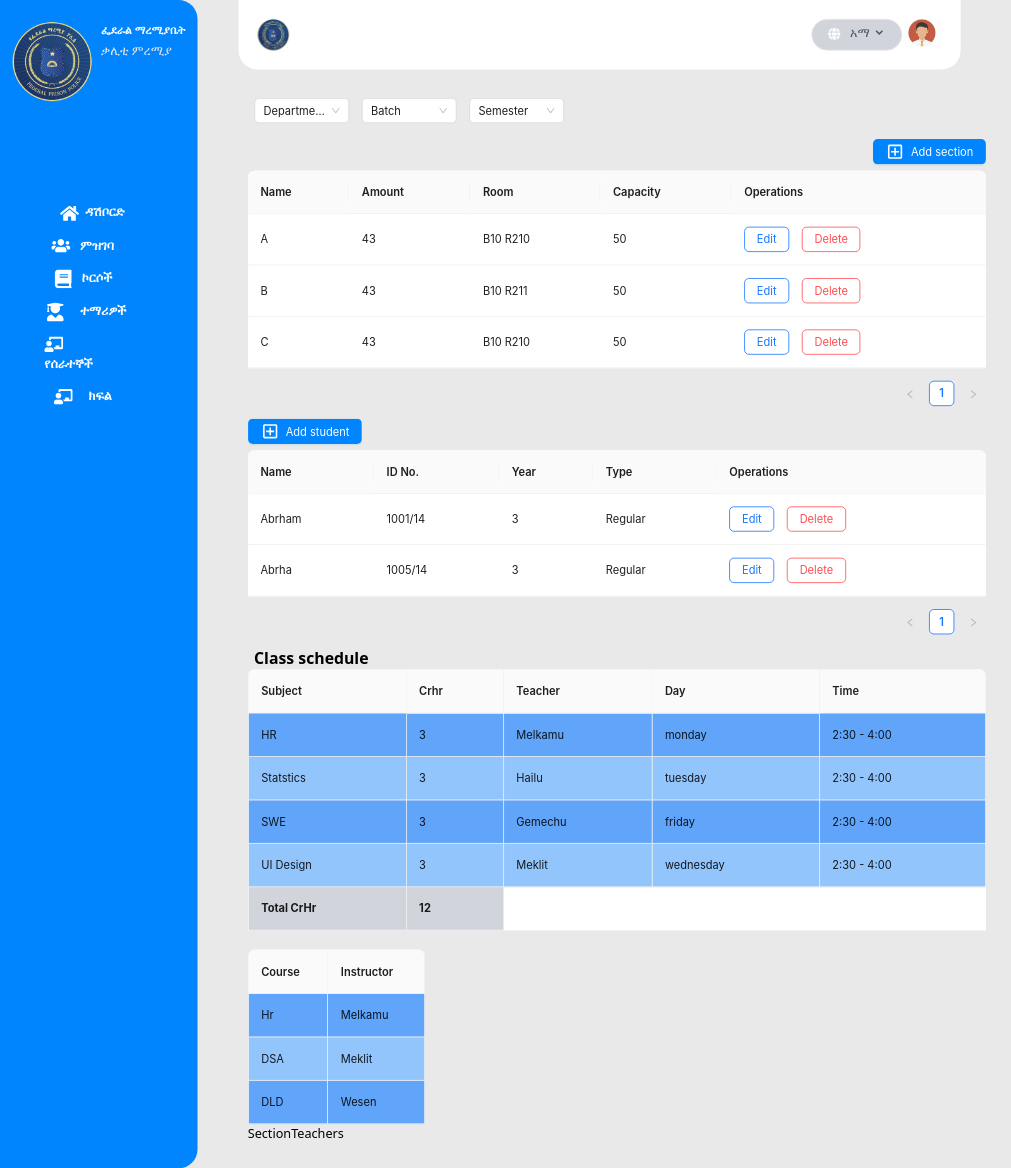
Repository: Yigoya/federal-prison-education-ms-frontend
Page: /classroom, after clicking the first element matching `td.ant-table-cell > a`
An editor plug-in stored every save of this project. The page is shown before and after a run of saves, followed by the edit.
The browser window is 1280 px wide. The pictures show the whole page, at 79% of full size.
The project was rebuilt for these pictures with package versions that can differ from the ones it lists, and the page was loaded fresh each time. Also part of the build but not shown: vite.config.js, src/App.css, src/pages/DashBoard.jsx, src/pages/Courses.jsx, src/layout/AuthLayout.jsx, src/pages/Login.jsx, src/pages/Teachers.jsx, src/pages/StudentRegistration.jsx and 3 more. Imported but missing from the stored project, and not drawn on this page: src/pages/Students.

Above is the page before, as saved 2024-07-05 09:53:38.

### src/App.jsx
// import { useState } from "react";
import "./App.css";
import { Routes, Route } from "react-router-dom";
import DashBoard from "./pages/DashBoard";
// import Register from "./pages/Register";
import Students from "./pages/Students";
import Courses from "./pages/Courses";
import RootLayout from "./layout/RootLayout";
import AuthLayout from "./layout/AuthLayout";
import Login from "./pages/Login";
import Teachers from "./pages/Teachers";
// import { useTranslation } from "react-i18next";
import { StudentRegistration } from "./pages/StudentRegistration";
import Classroom from "./pages/Classroom";
function App() {
  // const [count, setCount] = useState(0);
  // const { t } = useTranslation();
  return (
    <>
      <Routes>
        <Route element={<AuthLayout />}>
          <Route path="/login" element={<Login />} />
        </Route>
        <Route element={<RootLayout />}>
          <Route path="/" element={<DashBoard />} />
          <Route path="/register" element={<StudentRegistration />} />
          <Route path="/students" element={<Students />} />
          <Route path="/courses" element={<Courses />} />
          <Route path="/allcourse" element={<Courses />} />
          <Route path="/addcourse" element={<Courses />} />
          <Route path="/managecourse" element={<Courses />} />
          <Route path="/classroom" element={<Classroom />} />
          <Route path="/grading" element={<Courses />} />
          <Route path="/staffprofile" element={<Courses />} />
          <Route path="/examscheduling" element={<Teachers />} />
        </Route>
      </Routes>
    </>
  );
}

export default App;

### src/i18n.js
import i18n from 'i18next';
import { initReactI18next } from 'react-i18next';

i18n
  .use(initReactI18next) // Initialize React integration
  .init({
    resources: {
      en: { translation: {
        "login": "login!",
        "id": "Enter Id number",
        "password": "Enter your password",
        "fpassword": "forgot your password",
        "FDRE": "FEDERAL PRSISON POLICE",
        "courses":"courses",
        "kality": "Kality Prison",
        "dashboard": "Dashboardes",
        "students": "Students",
        "teacher": "Teacher",
        "staff": "Staff Member",
        "admin": "Admin",
        "registerStudent": "Register Student",
        "registerStudents": "Register Student",
        "registerStaff": "Register Staff",
        "viewStudent": "View Student",
        "viewStaff": "View Staff",
        "registerStu": "Click here to register a student",
        "registerSta": "Click here to register a staff members",
        "viewStu": "Click here to see students",
        "studentregistration": "Student Registration",
        "fullname": "Full Name",
        "enter": "click to enter value",
        "zone": "Zone",
        "age": "Age",
        "period": "Period",
        "crime": "Crime",
        "year": "mm/yyyy",
        "chosenGrade": "Chosen Grade",
        "status": "Status",
        "new": "New",
        "old": "Old",
        "language": "Language",
        "amharic": "Amharic",
        "oromifa": "Oromifa",
        "ethnicity":"Ethnicity",
        "ethiopian": "Ethiopian",
        "kenya":"Kenyan",
        "arab":"Arab",
        "bengali":"Bengali",
        "burmese":"Burmese",
        "chinese":"Chinese",
        "fulani":"Fulani",
        "hausa":"Hausa",
        "japanese":"Japanese",
        "korean":"Korean",
        "maasai":"Maasai",
        "amherican":"Amherican",
        "pashtun":"Pashtun",
        "punjabi":"Punjabi",
        "sindhi":"Sindhi",
        "register":"Register",
        "profile":"Profile",
        "pyear":"Year",
        "personalInfo":"Personal Information",
        "basicDetail":"Basic Detail",
        "department":"Department",
        "section":"Section",
        "email":"Email",
        "phoneNo":"Phone Number",
        "Fname": "First name",
        "Lname": "Last name",
        "ID": "Id Number",
        "entereth" :"Select Ethnicity"
      }

    },
      am: { translation:
        {
          "login": "ግባ",
          "admin": "አድሚን",
          "courses":"ኮርሶች",
          "classroom": "ክፍል",
          "id": "መለያ ቁጥር ያስገቡ",
          "password": "ሚስጥር ቁጥር ያስገቡ",
          "fpassword": "ሚስጥር ቁጥርኦትን ",
          "registerStudents": "ይመዝግቡ",
          "FDRE": "ፌደራል ማረሚያቤት",
          "kality": "ቃሊቲ ምረሚያ",
            "dashboard": "ዳሽቦርድ",
            "students": "ተማሪዎች",
            "teacher": "መምህር",
            "staff": "የሰራተኞች",
            "registerStudent": "ተማሪ ይመዝገቡ",
            "registerStaff": "ሠራተኞች ይመዝገቡ",
            "viewStudent": "ተማሪን ይመልከቱ",
            "viewStaff": "ሰራተኞችን ልማየት እዚህ ይጫኑ",
            "registerStu": "ተማሪ ለመመዝገብ እዚህ ይጫኑ",
            "registerSta": "ሰራተኞችን ለመመዝገብ እዚህ ይጫኑ",
            "viewStu": "ተማሪ ልማየት እዚህ ይጫኑ",
            "studentregistration": "የተማሪ ምዝገባ",
            "fullname": "ሙሉ ስም",
            "enter": "ለማስገባት ይጫኑ",
            "zone": "ዞን",
            "age": "ዕድሜ",
            "period": "እስራት ጊዜ",
            "crime": "ወንጀል",
            "year": "ወወ/ዓዓዓዓ",
            "start": "Start",
            "end": "End",
            "parole":"Parol",
            "chosenGrade": "የመረጡት የትምህርት ደረጃ",
            "status": "ሁኔታ",
            "new": "አዲስ",
            "old": "ነባር",
            "language": "ቋንቋ",
            "amharic": "አማርኛ",
            "oromifa": "OROMIFA",
            "ethnicity": "ዜግነት",
            "ethiopian": "ኢትዮጵያዊ",
            "kenya":"ኬንያዊ",
            "arab":"አረብ",
            "bengali":"ቤንጋሊ",
            "burmese":"በርሚስ",
            "chinese":"ቻይናዊ",
            "fulani":"ፉላኒ",
            "hausa":"ሃውሳ",
            "japanese":"ጃፓናዊ",
            "korean":"ኮሪያዊ",
            "maasai":"ማሳይ",
            "amherican":"አሜሪካዊ",
            "pashtun":"ፓሽቱን",
            "punjabi":"ፑንጃቢ",
            "sindhi":"ስንድሂ",
            "register":"ምዝገባ",
            "profile":"መገለጫ",
            "pyear":"አመት",
            "personalInfo":"የግል መረጃ",
            "basicDetail":"መሰረታዊ መረጃ",
            "department":"ዲፓርትመንት",
            "section":"ክፍል",
            "email":"ኢሜል",
            "phoneNo":"ስልክ ቁጥር",
            "Fname": "ስም",
            "Lname": "አባት ስም",
            "ID": "መለያ ቁጥር",
            "entereth" :"ዜግነት ይምረጡ"
        }
    },
    },
    lng: 'am', // Set default language
  });

export default i18n;

### src/layout/RootLayout.jsx
// import React from 'react'
import { Outlet } from "react-router-dom";
import Navbar from "../components/Navbar";
import SideBar from "../components/SideBar";
function RootLayout() {
  return (
    <div className="flex flex-row w-full min-h-dvh gap-8 bg-[#E9E9E9]">
        <SideBar />

      <div className="w-full min-h-dvh max-h-full">
        <Navbar />
        <div className="flex-1 flex overflow-hidden">
          <section className="flex-1 overflow-y-scroll">
            <Outlet />
          </section>
        </div>
      </div>
    </div>
  );
}

export default RootLayout;

### src/pages/Classroom.jsx
import { useState } from "react";
import Selector from '../components/classroom/Selector.jsx';
import SectionsTable from "../components/classroom/SectionsTable.jsx";
import NewSectionDrawer from "../components/classroom/NewSectionDrawer.jsx";
import {
  departmentOptions,
  yearOptions,
  semesterOptions,
} from "../data/classroomArrayData.js";
import { Button } from "antd";
import AddBoxOutlinedIcon from "@mui/icons-material/AddBoxOutlined";

const Classroom = () => {
  const [drawerVisiblity, setDrawerVisiblity] = useState(false);
  const handleClick = () => {
    setDrawerVisiblity(prevState => !prevState);
  };

  return (
    <div className="p-8 ">
      <Selector typeName="Department" options={departmentOptions} />
      <Selector typeName="Batch" options={yearOptions} />
      <Selector typeName="Semester" options={semesterOptions} />

      {/* sections table */}
      <div className="mt-4">
        {drawerVisiblity && <NewSectionDrawer visiblity = {drawerVisiblity}/>}
        <div className="grid justify-items-end">
          <Button
            className="bg-[#0085FF] mb-2"
            type="primary"
            onClick={handleClick}
          >
            <AddBoxOutlinedIcon />
            Add section
          </Button>
        </div>
        <SectionsTable />
      </div>
    </div>
  );
};

export default Classroom;

### src/components/Navbar.jsx
import React from 'react'
import { AiOutlineSearch } from 'react-icons/ai';
import logo from '../assets/images/fdre_logo.png'
import { FaGlobe } from 'react-icons/fa';
import avatar from '../assets/images/Avatar.jpg'
import { useTranslation } from 'react-i18next';
function Navbar() {
  const { i18n } = useTranslation();

  const handleLanguageChange = (event) => {
    i18n.changeLanguage(event.target.value);
  };
  return (
    <div className='mr-16 '>
      <div className='bg-white rounded-b-3xl p-6 ml-5 flex justify-between'>
        <div style={{ width: '40px' }} >
          <img src={logo}  alt="logo" />
        </div>
        <div className='flex '>
          <div className='py-1 px-5 border rounded-full bg-gray-300 '>
           <FaGlobe className='inline-block text-white mr-2'/>
            <select onChange={handleLanguageChange} className='inline-block bg-gray-300 text-gray-600' id="">
              <option value="am">አማ</option>
              <option value="en">En</option>
              <option value="or">Oro</option>
            </select>
          </div>
          <div>
            <img src={avatar} width={'50px'}/>
          </div>
        </div>
      </div>

    </div>
  )
}

export default Navbar

### src/components/SideBar.jsx
import { FaHome, FaUserGraduate, FaBook, FaChalkboardTeacher, FaUsers } from 'react-icons/fa';

import logo from '../assets/images/fdre_logo.png'
import { Link } from 'react-router-dom'
import { useTranslation } from 'react-i18next';
function SideBar() {
const {t} = useTranslation()
  return (
    <div className='w-1/4 bg-[#0085FF] rounded-r-3xl'>
          <div className='mt-7 ml-4 flex'>
            <div className='mr-3'>
              <img src={logo} alt="logo" width={'100px'} />
            </div>
            <div>
              <p className ='font-bold text-sm text-white mb-1'>{t('FDRE')}</p>
              <p className='text-gray-200'>{t('kality')}</p>
            </div>

          </div>
          <div className='flex flex-col items-center font-bold text-white py-20 mt-10'>

            <Link className='hover:border border-gray-200 rounded-full hover:bg-gray-100 hover:text-[#0085FF] p-2 px-16 inline-block mr-4' to='/'> <FaHome className='inline-block mr-2 text-2xl'/>{t('dashboard')}</Link>
            <Link className='hover:border border-gray-200 rounded-full py-2 px-12 hover:bg-gray-100 hover:text-[#0085FF] inline-block mr-10 ' to='/register'><FaUsers className='inline-block mr-2 text-2xl'/> {t('register')}</Link>
            <Link className='hover:border border-gray-200 rounded-full py-2 px-16 hover:bg-gray-100 hover:text-[#0085FF] inline-block mr-10 ' to='/courses'><FaBook className='inline-block mr-3  text-2xl'/>{t('courses')}</Link>
            <Link className='hover:border border-gray-200 rounded-full py-2 px-14 hover:bg-gray-100 hover:text-[#0085FF] inline-block mr-8' to='/students'> <FaUserGraduate className='inline-block mr-5  text-2xl'  />{t('students')}</Link>
            <Link className='hover:border border-gray-200 rounded-full py-2 px-14 hover:bg-gray-100 hover:text-[#0085FF] inline-block mr-10' to='/teachers'><FaChalkboardTeacher className='inline-block  mr-5  text-2xl'/>{t('staff')}</Link>
            <Link className='hover:border border-gray-200 rounded-full py-2 px-14 hover:bg-gray-100 hover:text-[#0085FF] inline-block mr-10' to='/classroom'><FaChalkboardTeacher className='inline-block  mr-5  text-2xl'/>{t('classroom')}</Link>

          </div>
        </div>

  )
}

export default SideBar

### src/pages/login.css

* {
    margin: 0;
    box-sizing: border-box;

}
.page {
    height: 100vh;
    width: 100%;
    display: flex;
    justify-content: center;
    align-items: center;
}

.cover {
    background-color: white;
    width: 30em;
    height: 25em;
    position: relative;
    border-radius: 1em;
    box-shadow: 0 0.188em 1.550em rgb(156, 156, 156);
    display: flex;
    flex-direction: column;
    align-items:center;
    justify-content:space-between;
    margin-right: 40px;

}

.container {
    display: flex;
    justify-content: space-between;
    align-items: center;

  }
.image-section {
    margin-left: 20px;
    padding: 100px;

}
.image-section img {
    margin-top: 2px;
    width: "200px";
    height: "200px";
    border-radius: "50%";
    object-fit: contain;

  }

input {
    border: none;
    background-color: rgb(229, 226, 226);
    width: 80%;
    border-radius: 0.25em;
    text-align: center;
    padding: 2em;
    font-size: 0.75em;
}

input:focus {
    outline-color: rgb(32, 177, 255);
}

.btn {
    width: 40%;
    height: 3em;
    background-color: rgb(32, 177, 255);
    display: flex;
    justify-content: center;
    align-items: center;
    transition: 0.5s;
    border-radius: 0.25em;
    cursor: pointer;
}

### src/components/classroom/Selector.jsx
// /* eslint-disable react/prop-types */
import { Select, Space } from 'antd';


const handleChange = (value) => {
  console.log(`selected ${value}`);
};

const Selector = ({typeName, options} ) => (
  <Space wrap>
    <Select
      className='mx-2 my-1'
      defaultValue={typeName}
      style={{
        width: 120,
      }}
      onChange={handleChange}
      options={options} // array of options
    />
  </Space>
);
export default Selector;

### src/components/classroom/SectionsTable.jsx
import { Space, Table, Button } from "antd";
import { sectionsData as data } from "../../data/classroomArrayData.js";
import { useState } from "react";
import StudentsTable from "./StudentsTable.jsx";
import ClassSchedule from "./ClassSchedule.jsx";
import SectionTeachers from "./SectionTeachers.jsx";
import CourseList from "./CourseList.jsx";
import CoursesList from "./CoursesList.jsx";


const SectionsTable = () => {

  const [activeSection, setActiveSection] = useState(null);

  const columns = [
    {
      title: "Name",
      dataIndex: "name",
      key: "name",
      render: (text) => <a onClick={() => handleSectionClick(text)}>{text}</a>,
    },
    {
      title: "Amount",
      dataIndex: "amount",
      key: "amount",
    },
    {
      title: "Room",
      dataIndex: "room",
      key: "room",
    },
    {
      title: "Capacity",
      dataIndex: "capacity",
      key: "capacity",
    },
    {
      title: "Operations",
      key: "action",
      render: () => (
        <Space size="middle">
          <Button type="primary" ghost>
            Edit
          </Button>
          <Button type="primary" danger ghost>
            Delete
          </Button>
        </Space>
      ),
    },
  ];

  const handleSectionClick = (sectionName) => {
    setActiveSection((prev) => (prev === sectionName ? null : sectionName));
  };

  return (
    <div>
      <Table
        columns={columns}
        dataSource={data}
      />
      {activeSection && <div>
        <StudentsTable section={activeSection}/>
        <ClassSchedule/> <br />
        <CoursesList/>
        <SectionTeachers/>
        </div>}
    </div>
  );
};
export default SectionsTable;

### src/data/classroomArrayData.js
export const departmentOptions = [
  {
    label: "Software",
    value: "software",
  },
  {
    label: "Human Resources",
    value: "human_resources",
  },
  {
    label: "Marketing",
    value: "marketing",
  },
  {
    label: "Sales",
    value: "sales",
  },
  {
    label: "Finance",
    value: "finance",
  },
  {
    label: "Customer Support",
    value: "customer_support",
  },
  {
    label: "IT",
    value: "it",
  },
];

export const yearOptions = [
  {
    label: "1",
    value: 1,
  },
  {
    label: "2",
    value: 2,
  },
  {
    label: "3",
    value: 3,
  },
  {
    label: "4",
    value: 4,
  },
];

export const semesterOptions = [
  {
    label: "I",
    value: 1,
  },
  {
    label: "II",
    value: 2,
  },
];

export const courseOptions = [
  {
    label: "DSA",
    value: "dsa",
  },
  {
    label: "FLAT",
    value: "flat",
  },
  {
    label: "DLD",
    value: "dld",
  },
  {
    label: "OS",
    value: "os",
  },
];

export const studentsData = [
  {
    key: "1",
    name: "Abrham",
    id: "1001/14",
    year: "3",
    type: "Regular",
    section: "A",
  },
  {
    key: "1",
    name: "Abrha",
    id: "1005/14",
    year: "3",
    type: "Regular",
    section: "A",
  },
  {
    key: "2",
    name: "Aster",
    id: "1002/14",
    year: "3",
    type: "Regular",
    section: "B"
  },
  {
    key: "3",
    name: "Askal",
    id: "1003/14",
    year: "3",
    type: "Regular",
    section: "C"
  },
];

export const sectionsData = [
  {
    name: "A",
    amount: 43,
    room: "B10 R210",
    capacity: 50,
  },
  {
    name: "B",
    amount: 43,
    room: "B10 R211",
    capacity: 50,
  },
  {
    name: "C",
    amount: 43,
    room: "B10 R210",
    capacity: 50,
  },
];

### src/components/classroom/StudentsTable.jsx
import { Space, Table, Button } from "antd";
import { studentsData as data } from "../../data/classroomArrayData.js";
import AddBoxOutlinedIcon from "@mui/icons-material/AddBoxOutlined";

const columns = [
  {
    title: "Name",
    dataIndex: "name",
    key: "name",
    render: (text) => <a>{text}</a>,
  },
  {
    title: "ID No.",
    dataIndex: "id",
    key: "id",
  },
  {
    title: "Year",
    dataIndex: "year",
    key: "year",
  },
  {
    title: "Type",
    dataIndex: "type",
    key: "type",
  },
  {
    title: "Operations",
    key: "action",
    render: () => (
      <Space size="middle">
        <Button type="primary" ghost>
          Edit
        </Button>
        <Button type="primary" danger ghost>
          Delete
        </Button>
      </Space>
    ),
  },
];

// eslint-disable-next-line react/prop-types
const StudentsTable = ({ section }) => {
  return (
    <div>
      <Button className="bg-[#0085FF] mb-2" type="primary">
        <AddBoxOutlinedIcon />
        Add student
      </Button>
      <Table
        columns={columns}
        dataSource={data.filter((student) => student.section === section)}
      />
      {console.log("the section clicked is : ", section)}
    </div>
  );
};
export default StudentsTable;

### src/components/classroom/ClassSchedule.jsx
import { Table, Typography } from "antd";
const { Text } = Typography;
const columns = [
  {
    title: "Subject",
    dataIndex: "subject",
  },
  {
    title: "Crhr",
    dataIndex: "crhr",
  },
  {
    title: "Teacher",
    dataIndex: "teacher",
  },
  {
    title: "Day",
    dataIndex: "day",
  },
  {
    title: "Time",
    dataIndex: "time",
  },
];
const data = [
  {
    key: "1",
    subject: "HR",
    crhr: 3,
    teacher: "Melkamu",
    day: "monday",
    time: "2:30 - 4:00"
  },
  {
    key: "2",
    subject: "Statstics",
    crhr: 3,
    teacher: "Hailu",
    day: "tuesday",
    time: "2:30 - 4:00"
  },
  {
    key: "3",
    subject: "SWE",
    crhr: 3,
    teacher: "Gemechu",
    day: "friday",
    time: "2:30 - 4:00"
  },
  {
    key: "3",
    subject: "UI Design",
    crhr: 3,
    teacher: "Meklit",
    day: "wednesday",
    time: "2:30 - 4:00"
  },
];

const ClassSchedule = () => (
  <>
    <h1 className="text-xl font-bold pl-2">Class schedule</h1>
    <Table
      borderColor="#0085FF"
      columns={columns}
      dataSource={data}
      pagination={false}
      bordered

      rowClassName={(record, index) =>
        index % 2 === 0 ? "bg-blue-400" : "bg-blue-300"
      }
      summary={(pageData) => {
        let totalCrhr = 0;
        pageData.forEach(({ crhr }) => {
          totalCrhr += crhr;
        });
        return (
          <>
            <Table.Summary.Row className="font-bold bg-gray-300">
              <Table.Summary.Cell index={0}>Total CrHr</Table.Summary.Cell>
              <Table.Summary.Cell index={1}>
                <Text>{totalCrhr}</Text>
              </Table.Summary.Cell>
            </Table.Summary.Row>
          </>
        );
      }}
    />
  </>
);
export default ClassSchedule;

### src/components/classroom/SectionTeachers.jsx
import React from 'react'

const SectionTeachers = () => {
  return (
    <div>SectionTeachers</div>
  )
}

export default SectionTeachers

### src/components/classroom/CoursesList.jsx
import { Table } from "antd";
const columns = [
  {
    title: "Course",
    dataIndex: "course",
  },
  {
    title: "Instructor",
    dataIndex: "instructor",
  },
];
const data = [
  {
    key: "1",
    course: "Hr",
    instructor: "Melkamu",
  },
  {
    key: "2",
    course: "DSA",
    instructor: "Meklit",
  },
  {
    key: "3",
    course: "DLD",
    instructor: "Wesen",
  },
];

const CoursesList = () => (
  <>
    <div className="w-56">
      <Table
        columns={columns}
        dataSource={data}
        pagination={false}
        bordered
        rowClassName={(record, index) =>
          index % 2 === 0 ? "bg-blue-400" : "bg-blue-300"
        }
      />
    </div>
  </>
);
export default CoursesList;

Loaded but not shown: index.html (common file); src/main.jsx (common file); src/index.css (common file); tailwind.config.js (common file)

After the next 3 saves:
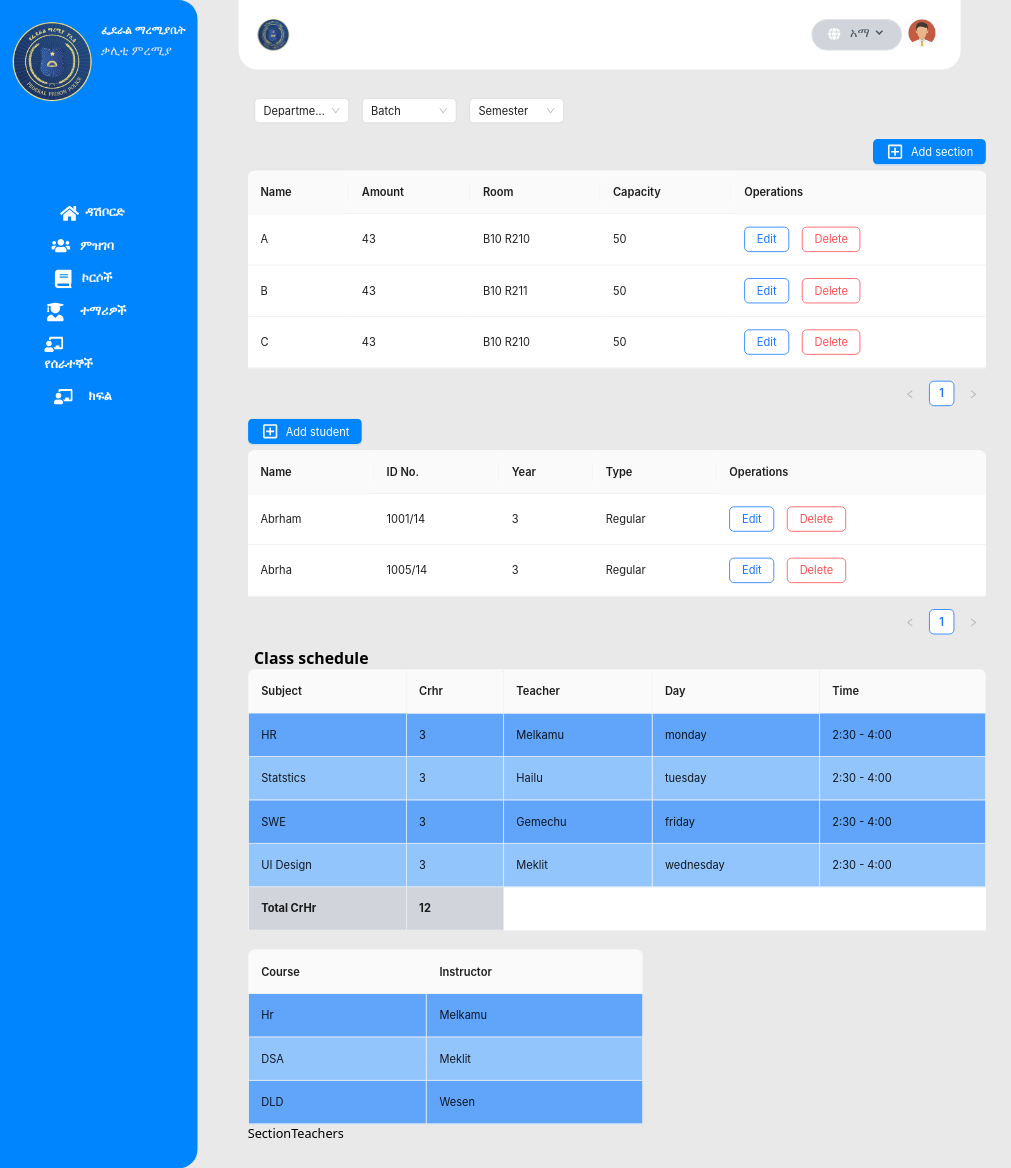
The 3 saves are shown as one change because they came seconds apart.
The last was saved 16 s later.
--- a/src/components/classroom/CoursesList.jsx
+++ b/src/components/classroom/CoursesList.jsx
@@ -29,7 +29,7 @@
 
 const CoursesList = () => (
   <>
-    <div className="w-56">
+    <div className="w-[500px]">
       <Table
         columns={columns}
         dataSource={data}
